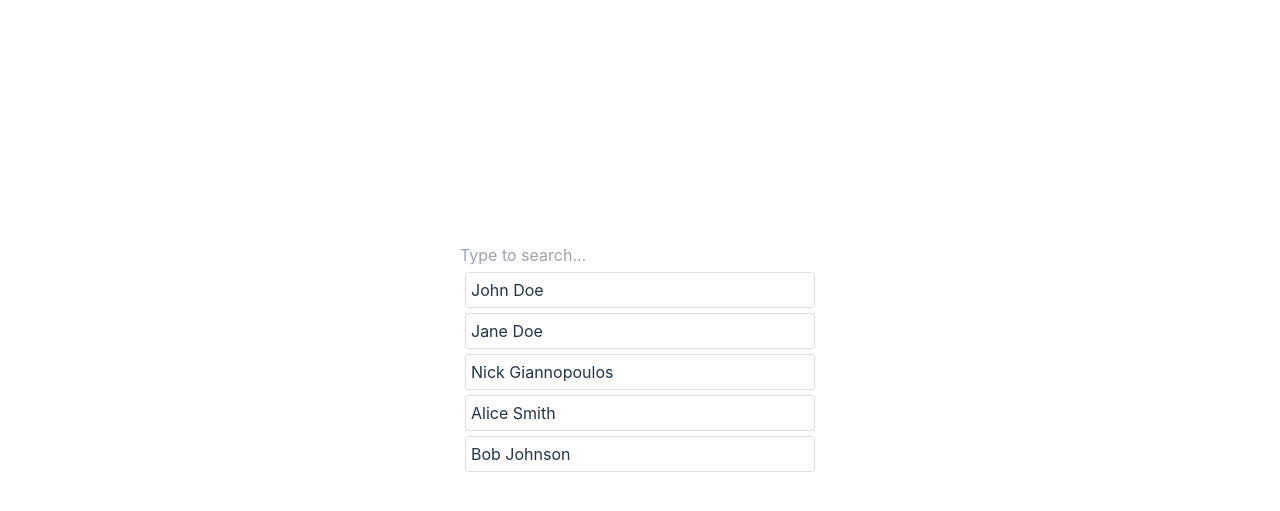
Repository: Ayansaxena24/Chip
Page: /
The author's editor kept a copy of each file at every save. The page is drawn from the files as they stood at one save, then again after the next save.
The browser window is 1280 px wide. The pictures show the whole page.
Some web libraries are served in a nearby version. The project was rebuilt for these pictures with package versions that can differ from the ones it lists, and the page was loaded fresh each time. Also part of the build but not shown: vite.config.ts.

Above is the page before, as saved 2024-01-16 03:13:42.

### index.html
<!doctype html>
<html lang="en">
  <head>
    <meta charset="UTF-8" />
    <link rel="icon" type="image/svg+xml" href="/vite.svg" />
    <meta name="viewport" content="width=device-width, initial-scale=1.0" />
    <script src="https://cdn.tailwindcss.com"></script>    <title>Vite + React + TS</title>
  </head>
  <body>
    <div id="root"></div>
    <script type="module" src="/src/main.tsx"></script>
  </body>
</html>

### src/App.tsx
import { BrowserRouter as Router, Routes, Route } from 'react-router-dom'
import ChipInput from './chipInput'

const App = () => {
  return (
    <Router>
      <Routes>
      <Route path="/" element={<ChipInput />} />
      </Routes>
    </Router>
  )
}

export default App

### src/ChipInput.tsx
// ChipInput.tsx

import React, {
  useState,
  useRef,
  useEffect,
  KeyboardEvent,
  ChangeEvent,
} from "react";
import "./ChipInput.css"; // Import your CSS file (e.g., TailwindCss/SCSS)

interface Chip {
  id: number;
  label: string;
}

const ChipInput: React.FC = () => {
  const [inputValue, setInputValue] = useState<string>("");
  const [chips, setChips] = useState<Chip[]>([]);
  const [filteredItems, setFilteredItems] = useState<string[]>([]);
  const inputRef = useRef<HTMLInputElement>(null);

  const items = [
    "John Doe",
    "Jane Doe",
    "Nick Giannopoulos",
    "Alice Smith",
    "Bob Johnson",
  ];

  useEffect(() => {
    setFilteredItems(
      items.filter((item) => !chips.find((chip) => chip.label === item))
    );
  }, [chips]);

  const handleInputChange = (e: ChangeEvent<HTMLInputElement>) => {
    const value = e.target.value;
    setInputValue(value);

    if (value.trim() === "" && chips.length > 0) {
      highlightLastChip();
    } else {
      setFilteredItems(
        items.filter((item) => item.toLowerCase().includes(value.toLowerCase()))
      );
    }
  };

  const handleChipClick = (item: string) => {
    setChips((prevChips) => [...prevChips, { id: Date.now(), label: item }]);
    setInputValue("");
  };

  const handleChipRemove = (id: number) => {
    setChips((prevChips) => prevChips.filter((chip) => chip.id !== id));
  };

  const handleInputKeyDown = (e: KeyboardEvent<HTMLInputElement>) => {
    if (e.key === "Backspace" && inputValue === "" && chips.length > 0) {
      e.preventDefault();
      const lastChip = chips[chips.length - 1];
      handleChipRemove(lastChip.id);
    }
  };

  const highlightLastChip = () => {
    const lastChip = document.querySelector(".chip:last-child");
    if (lastChip) {
      lastChip.classList.add("highlighted");
    }
  };

  return (
    <div className="w-screen flex justify-center items-center">
      <div className="flex flex-col w-[50vh]">
        <div className="flex flex-wrap">
          {chips.map((chip) => (
            <div
              key={chip.id}
              className="bg-[#037bfc] text-white rounded-md m-[5px] pr-[25px] pl-[10px] py-[12px] cursor-pointer flex items-center relative"
              onClick={() => handleChipRemove(chip.id)}
            >
              {chip.label}
              <span className="hover:border-white hover:bg-red-600 hover:border-2 hover:rounded-md px-1 mx-2 absolute right-0">X</span>
            </div>
          ))}
          <input
            ref={inputRef}
            type="text"
            value={inputValue}
            onChange={handleInputChange}
            onKeyDown={handleInputKeyDown}
            placeholder="Type to search..."
          />
        </div>
        <ul className="item-list">
          {filteredItems.map((item) => (
            <li key={item} onClick={() => handleChipClick(item)}>
              {item}
            </li>
          ))}
        </ul>
      </div>
    </div>
  );
};

export default ChipInput;

### src/ChipInput.css
/* ChipInput.css */

  .chip-remove {
    margin-left: 5px;
    cursor: pointer;
  }

  .highlighted {
    background-color: #ffcc00;
  }

  .item-list {
    list-style: none;
    padding: 0;
    margin: 0;
  }

  .item-list li {
    cursor: pointer;
    padding: 5px;
    margin: 5px;
    border: 1px solid #ddd;
    border-radius: 4px;
  }

  .item-list li:hover {
    background-color: #f0f0f0;
  }

Loaded but not shown: src/main.tsx (common file); src/index.css (common file)

After the next save:
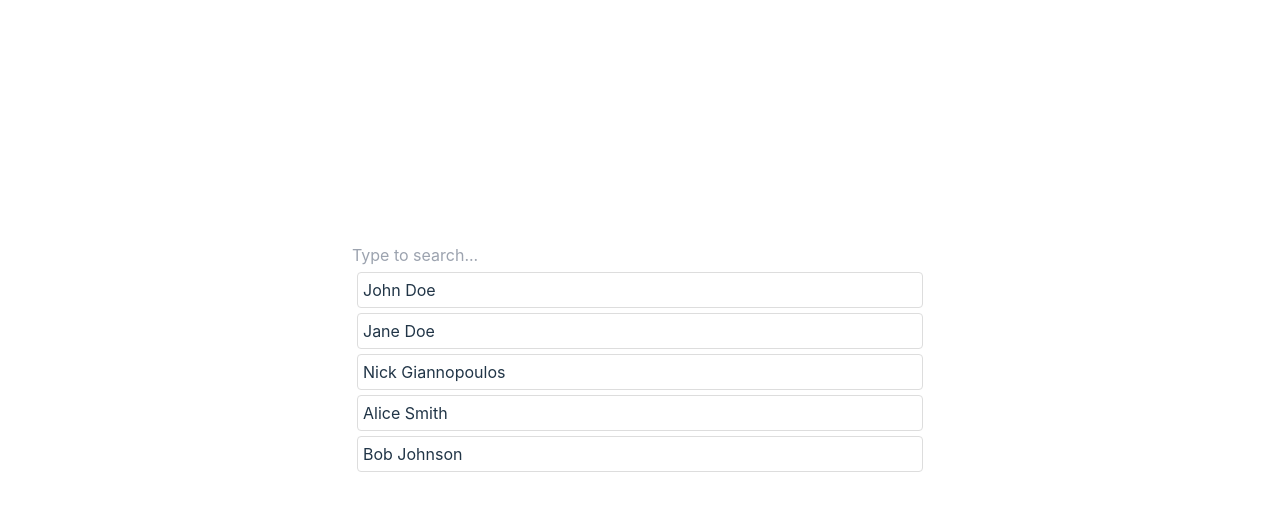
Saved 12 s later.
--- a/src/ChipInput.tsx
+++ b/src/ChipInput.tsx
@@ -73,7 +73,7 @@ const ChipInput: React.FC = () => {
 
   return (
     <div className="w-screen flex justify-center items-center">
-      <div className="flex flex-col w-[50vh]">
+      <div className="flex flex-col w-[80vh]">
         <div className="flex flex-wrap">
           {chips.map((chip) => (
             <div
